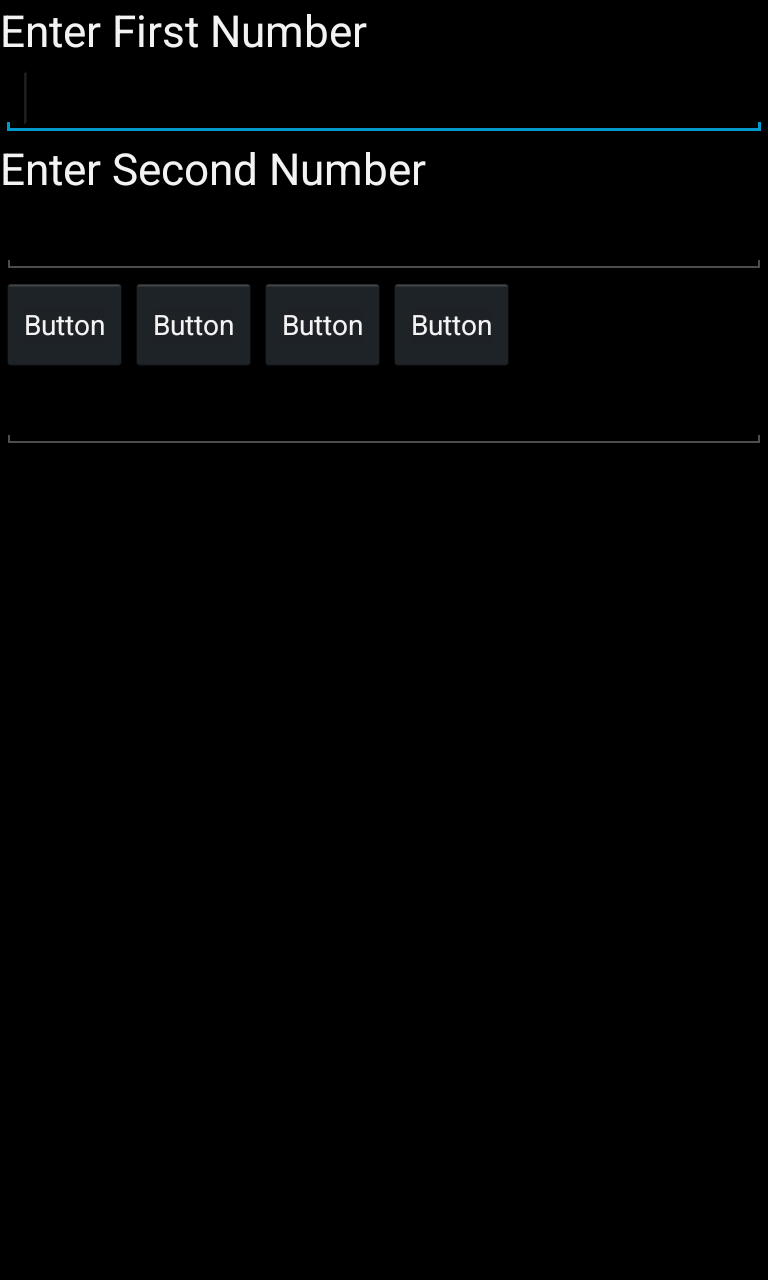
Repository: arcode/Android5124
Layout: Calculator/res/layout/main.xml
An editor plug-in stored every save of this project. The layout is shown before and after the next save, followed by the edit.
It is drawn on a 768 x 1280 px phone screen (xhdpi) without system bars, with theme android:Theme.Holo; the app's code is not run.

Above is the layout before, as saved 2012-08-10 06:21:49.

After the next save:
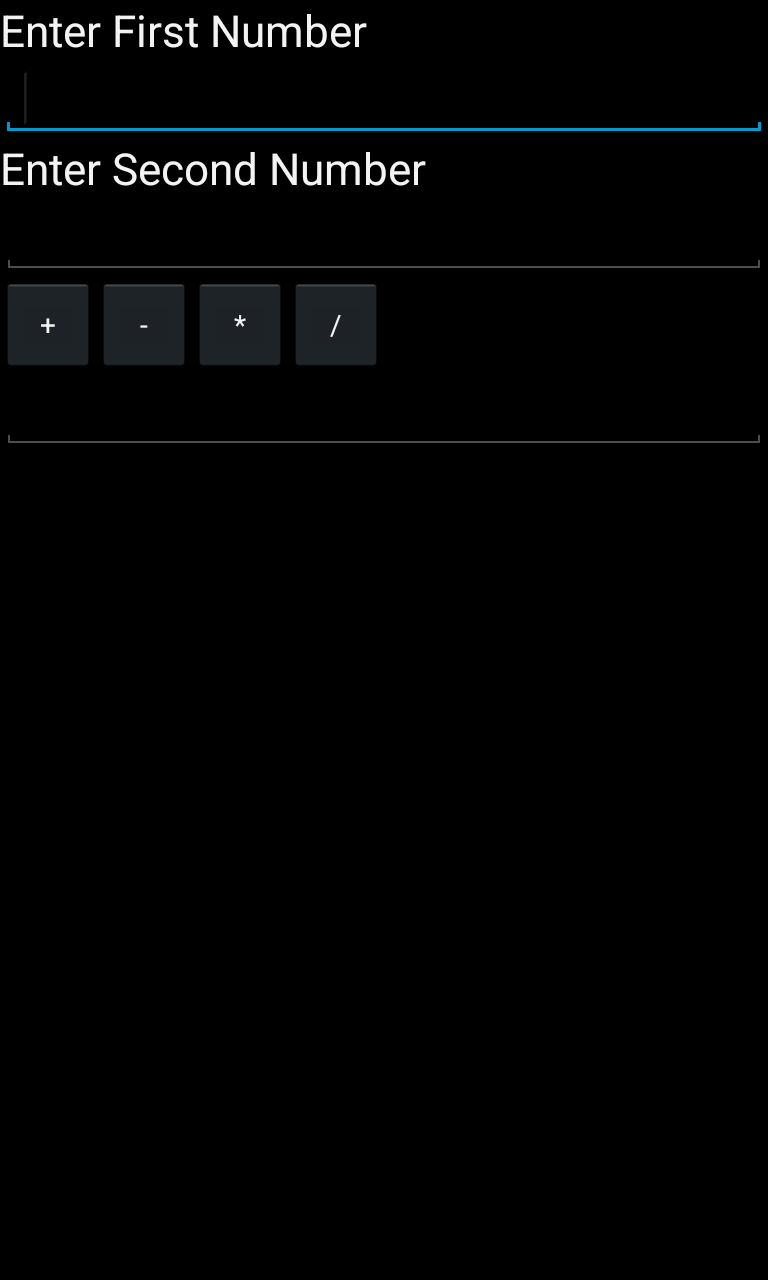
Saved 74 s later.
--- a/Calculator/res/layout/main.xml
+++ b/Calculator/res/layout/main.xml
@@ -40,32 +40,32 @@
         android:layout_height="wrap_content" >
 
         <Button
-            android:id="@+id/button1"
+            android:id="@+id/plusBtn"
             style="?android:attr/buttonStyleSmall"
             android:layout_width="wrap_content"
             android:layout_height="wrap_content"
-            android:text="Button" />
+            android:text="+" />
 
         <Button
-            android:id="@+id/button2"
+            android:id="@+id/minusBtn"
             style="?android:attr/buttonStyleSmall"
             android:layout_width="wrap_content"
             android:layout_height="wrap_content"
-            android:text="Button" />
+            android:text="-" />
 
         <Button
-            android:id="@+id/button3"
+            android:id="@+id/multiplyBtn"
             style="?android:attr/buttonStyleSmall"
             android:layout_width="wrap_content"
             android:layout_height="wrap_content"
-            android:text="Button" />
+            android:text="*" />
 
         <Button
-            android:id="@+id/button4"
+            android:id="@+id/divideBtn"
             style="?android:attr/buttonStyleSmall"
             android:layout_width="wrap_content"
             android:layout_height="wrap_content"
-            android:text="Button" />
+            android:text="/" />
 
     </LinearLayout>
 
